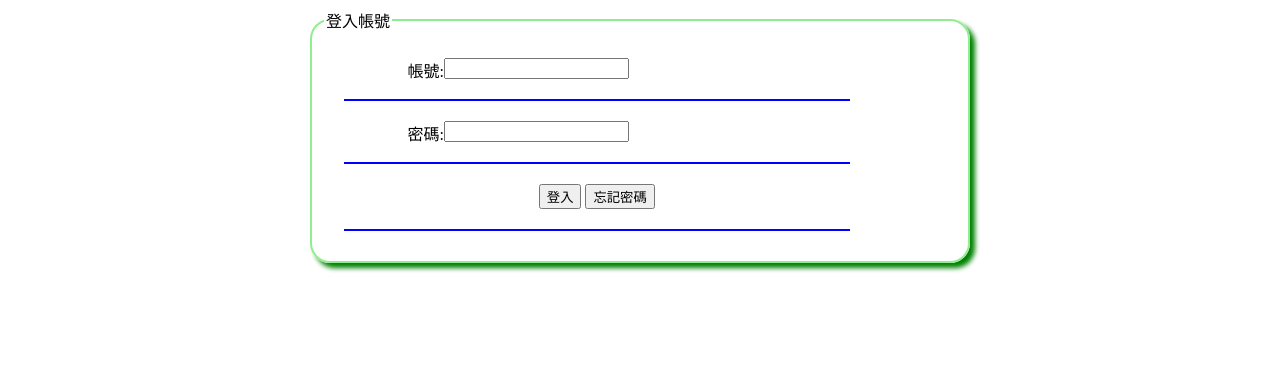
Repository: cctytw2000/Hibernate_HW
Page: http://localhost/EEIT109_35/member/LoginMember.jsp
The author's editor kept a copy of each file at every save. The page is drawn from the files as they stood at one save, then again after the next save.
The browser window is 1280 px wide. The pictures show the whole page.
The page is served by Tomcat 9. Nobody is signed in. The application's start-up code is not run. Other server files are loaded and not shown.

Above is the page before, as saved 2019-09-26 06:58:27.

### Member/EEIT109_35/src/main/webapp/member/LoginMember.jsp
<%@ page language="java" contentType="text/html; charset=UTF-8"
	pageEncoding="UTF-8"%>

<!DOCTYPE html>
<html>
<head>
<meta charset="UTF-8">
<title>Login Member</title>
<style>
.div1 {
	border-bottom: 2px solid blue;
	padding-bottom: 20px;
	margin: 20px;
	width: 450px;
	width: 80%
}
.label1 {
	width: 100px;
	float: left;
	text-align: right
}
fieldset {
	width: 50%;
	height: 70%;
	border: 2px solid lightgreen;
	border-radius: 20px;
	margin: auto auto;
	padding: auto auto;
	box-shadow: 5px 5px 5px green;
}
input:focus {
	background-color: #cccccc
}
</style>
</head>
<body>
	<form action="../LoginMember.do" method="post">

		<fieldset>
			<legend>登入帳號</legend>
			<div class="div1">
				<label class='label1'>帳號:</label><input type="text" id="account"
					name="account">
			</div>
			<div class="div1">
				<label class='label1'>密碼:</label><input type="password"
					id="password" name="password">

			</div>
			<div class="div1" style="text-align: center">
			<h2>${ErrorMsgKey.AccountEmptyError}</h2>

			<h2>${ErrorMsgKey.PasswordEmptyError}</h2>

				<input name="login" type="submit" value="登入"> <input
					name="fergetpwd" type="submit" value="忘記密碼">
			</div>

		</fieldset>
	</form>
</body>
</html>

After the next save:
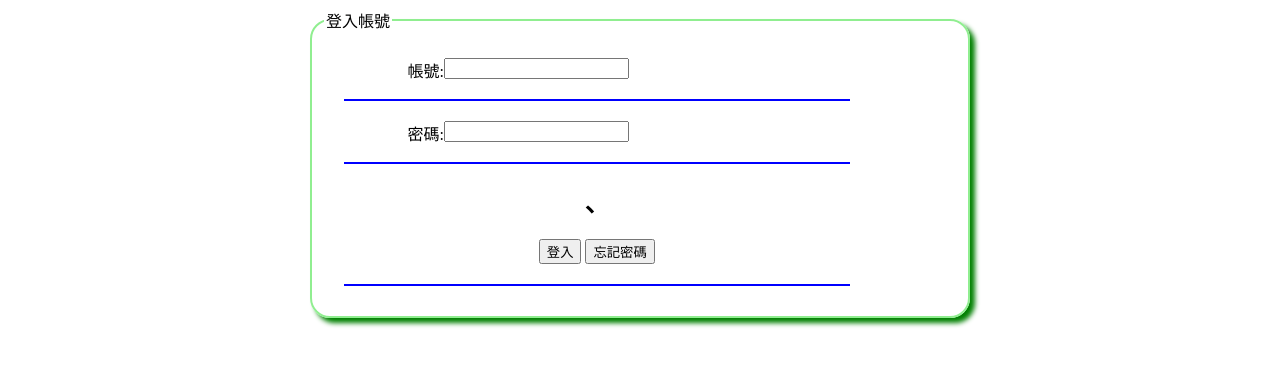
Saved 17 s later.
--- a/Member/EEIT109_35/src/main/webapp/member/LoginMember.jsp
+++ b/Member/EEIT109_35/src/main/webapp/member/LoginMember.jsp
@@ -48,9 +48,9 @@ input:focus {
 
 			</div>
 			<div class="div1" style="text-align: center">
-			<h2>${ErrorMsgKey.AccountEmptyError}</h2>
+			<h2>${ErrorMsgKey.AccountEmptyError}、${ErrorMsgKey.PasswordEmptyError}</h2>
 
-			<h2>${ErrorMsgKey.PasswordEmptyError}</h2>
+			<h2></h2>
 
 				<input name="login" type="submit" value="登入"> <input
 					name="fergetpwd" type="submit" value="忘記密碼">
